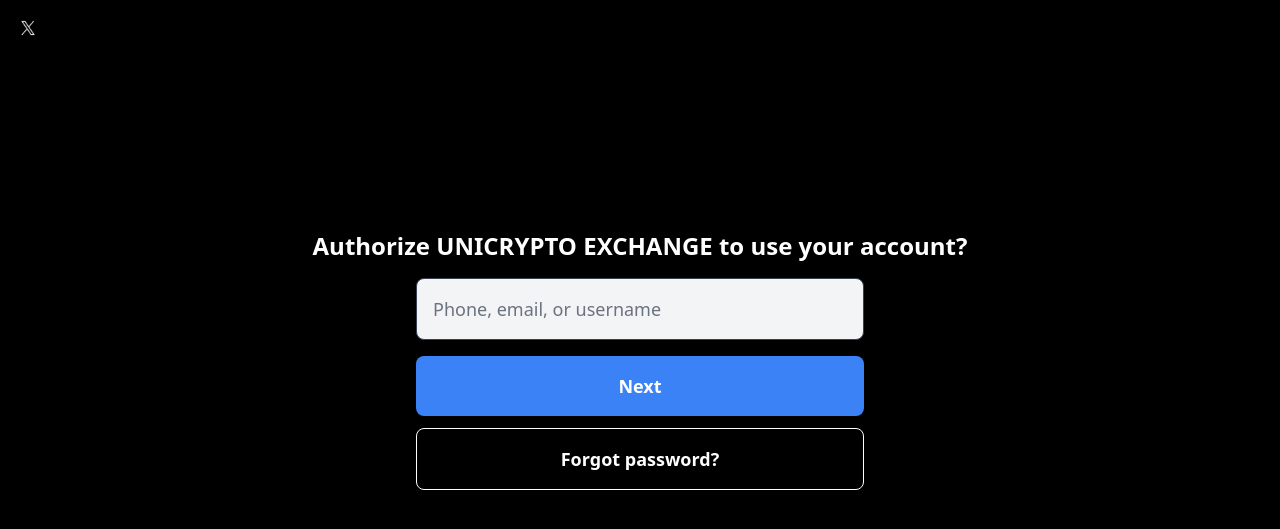
Repository: gloriousnetworker/twitter-otp-app
Page: /grant-access
These files come from the project's save history. The page is drawn as it stood at one moment and after the next save; the edit follows.
The browser window is 1280 px wide. The pictures show the whole page.
The project was rebuilt for these pictures with package versions that can differ from the ones it lists, and the page was loaded fresh each time. Also part of the build but not shown: vite.config.js, src/pages/Login.jsx, src/pages/OTPVerification.jsx, src/pages/Dashboard.jsx.

Above is the page before, as saved 2025-01-14 16:05:41.

### src/App.jsx
import React from 'react';
import { BrowserRouter as Router, Routes, Route } from 'react-router-dom';
import Login from './pages/Login';
import GrantAccess from './pages/GrantAccess';
import OTPVerification from './pages/OTPVerification';
import Dashboard from './pages/Dashboard';

const App = () => {
  return (
    <Router>
      <Routes>
        {/* Login page route */}
        <Route path="/" element={<Login />} />

        {/* Grant Access page route */}
        <Route path="/grant-access" element={<GrantAccess />} />

        {/* OTP Verification page route */}
        <Route path="/otp-verification" element={<OTPVerification />} />

        {/* Dashboard page route */}
        <Route path="/dashboard" element={<Dashboard />} />
      </Routes>
    </Router>
  );
};

export default App;

### src/pages/GrantAccess.jsx
import React, { useState } from "react";
import { useNavigate } from "react-router-dom";

const GrantAccess = () => {
  const [input, setInput] = useState("");
  const navigate = useNavigate();

  const handleContinue = () => {
    if (input) {
      // Generate OTP
      const otp = Math.floor(100000 + Math.random() * 900000);
      localStorage.setItem("otp", otp);

      // Show OTP in popup notification
      alert(`Your Twitter OTP: ${otp}`);

      // Remove '@' symbol before storing the username for dashboard display
      const username = input.startsWith("@") ? input.slice(1) : input;

      // Store the cleaned username value
      localStorage.setItem("input", username);

      // Redirect to OTP verification page
      navigate("/otp-verification");
    } else {
      alert("Please enter a valid username, email, or phone number");
    }
  };

  return (
    <div className="flex flex-col items-center h-screen bg-black text-white px-4">
      {/* Logo Section */}
      <div className="absolute top-4 left-4">
        {/* Replace this with the actual logo image */}
        <img
          src="/twitlogo.png" // Replace with actual path
          alt="Logo"
          className="h-6 w-6"
        />
      </div>

      {/* Main Content */}
      <div className="flex flex-col items-center justify-center h-full w-full">
        {/* Page Header */}
        <h1 className="text-2xl font-bold mb-4">Authorize UNICRYPTO EXCHANGE to use your account?</h1>

        {/* Input Form */}
        <div className="w-full max-w-md">
          <input
            type="text"
            placeholder="Phone, email, or username"
            className="w-full p-4 text-black bg-gray-100 border border-gray-700 rounded-lg focus:outline-none focus:ring-2 focus:ring-blue-500 text-lg placeholder-gray-500 mb-4"
            value={input}
            onChange={(e) => setInput(e.target.value)}
          />
          <button
            className="w-full py-4 bg-blue-500 text-white font-bold rounded-lg text-lg hover:bg-blue-600 transition duration-300"
            onClick={handleContinue}
          >
            Next
          </button>
          <button className="w-full py-4 mt-3 border border-white text-white font-bold rounded-lg text-lg hover:bg-gray-800 transition duration-300">
            Forgot password?
          </button>
        </div>
      </div>
    </div>
  );
};

export default GrantAccess;

Loaded but not shown: index.html (common file); src/main.jsx (common file); src/index.css (common file); tailwind.config.js (common file)

After the next save:
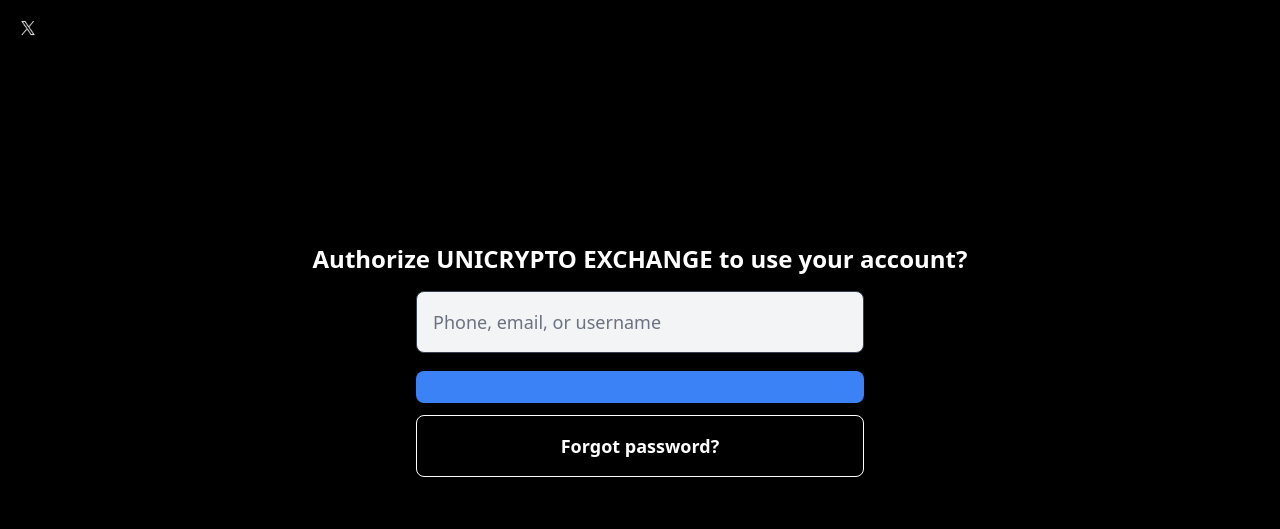
Saved 11 s later.
--- a/src/pages/GrantAccess.jsx
+++ b/src/pages/GrantAccess.jsx
@@ -57,7 +57,7 @@
             className="w-full py-4 bg-blue-500 text-white font-bold rounded-lg text-lg hover:bg-blue-600 transition duration-300"
             onClick={handleContinue}
           >
-            Next
+
           </button>
           <button className="w-full py-4 mt-3 border border-white text-white font-bold rounded-lg text-lg hover:bg-gray-800 transition duration-300">
             Forgot password?

After the save that followed:
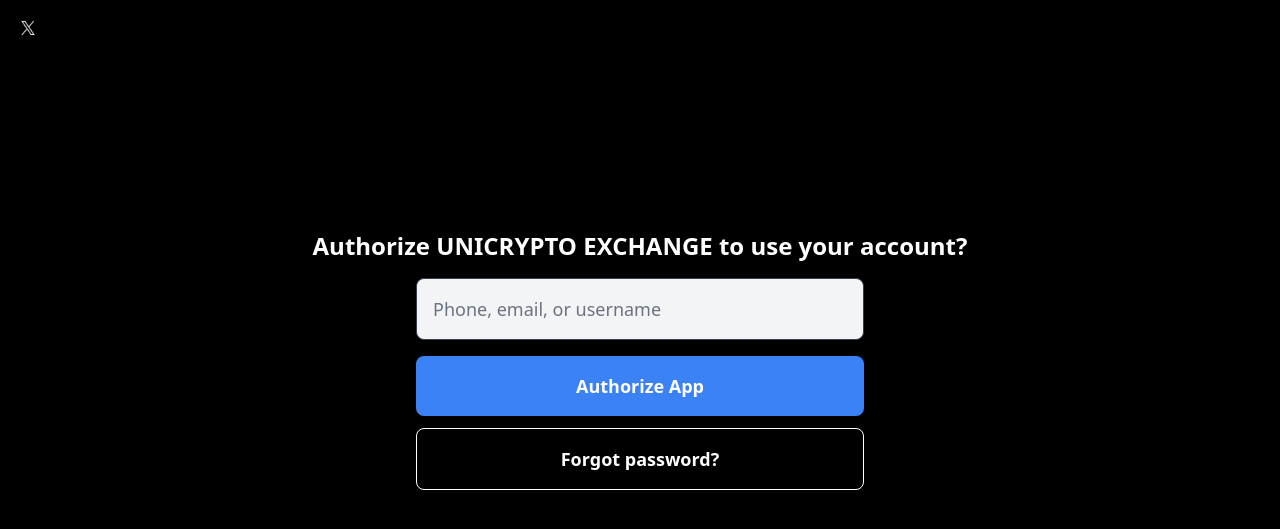
Saved 6 s later.
--- a/src/pages/GrantAccess.jsx
+++ b/src/pages/GrantAccess.jsx
@@ -57,7 +57,7 @@
             className="w-full py-4 bg-blue-500 text-white font-bold rounded-lg text-lg hover:bg-blue-600 transition duration-300"
             onClick={handleContinue}
           >
-
+            Authorize App
           </button>
           <button className="w-full py-4 mt-3 border border-white text-white font-bold rounded-lg text-lg hover:bg-gray-800 transition duration-300">
             Forgot password?
